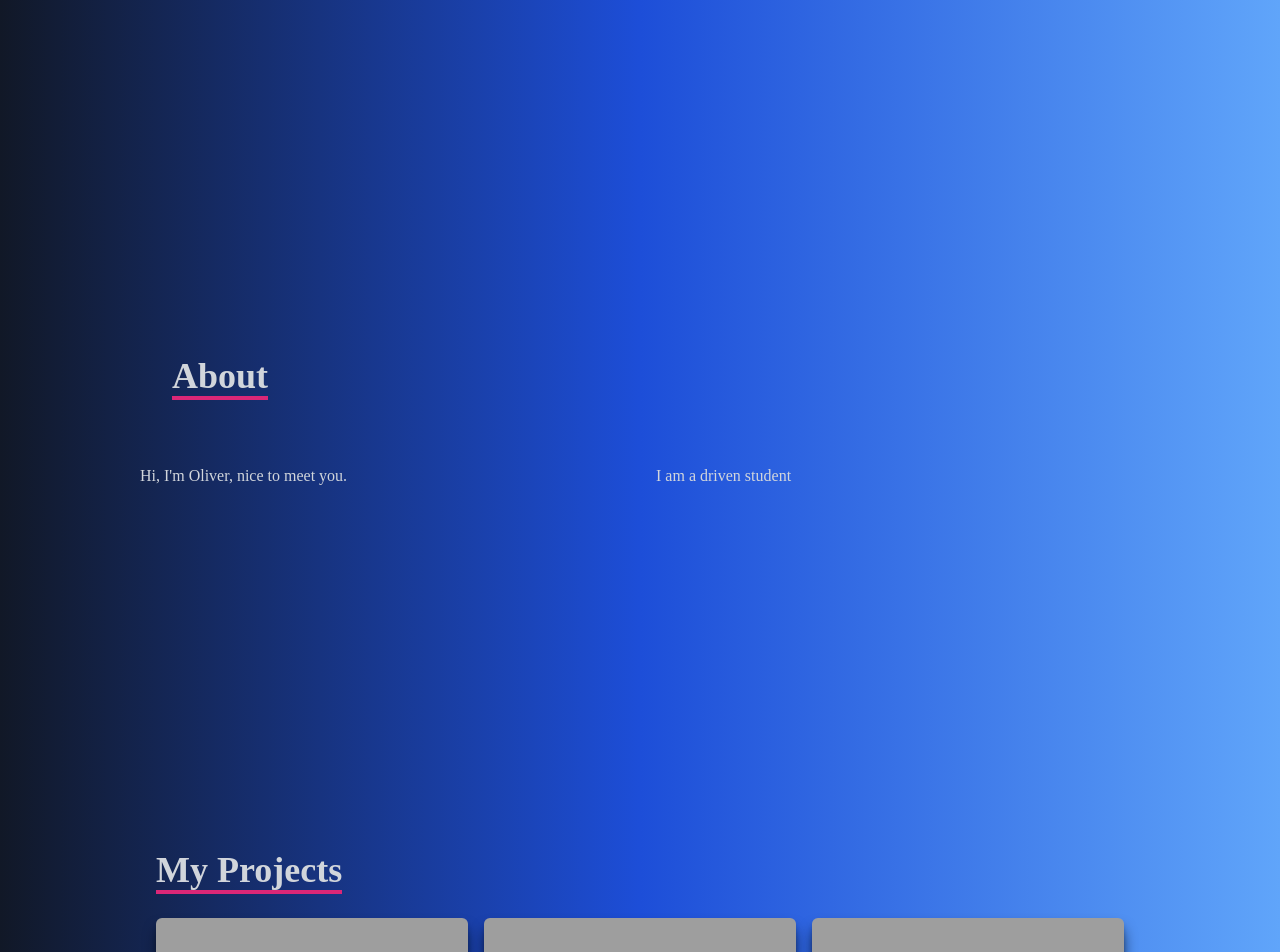
Repository: olichengus/Project-Portfolio
Page: /
An editor plug-in stored every save of this project. The page is shown before and after the next save, followed by the edit.
The browser window is 1280 px wide. The pictures show the part of the page from y = 658 to 1610 px (the page is 2160 px tall).
Pictures or frames that could not be fetched are drawn as grey boxes. The project was rebuilt for these pictures with package versions that can differ from the ones it lists, and the page was loaded fresh each time.

Above is the page before, as saved 2024-02-10 00:31:47.

### src/index.css
@tailwind base;
@tailwind components;
@tailwind utilities;

@import url('https://fonts.googleapis.com/css2?family=Roboto:wght@300;400;500;700&display=swap');

@layer base {
  body {
    @apply font-[Raleway];
  }
  li {
    @apply px-4;
    @apply cursor-pointer;
  }
}


.content-div{
  background-repeat: no-repeat;
  background-size: cover;
  background-position: center;
  height: 250px;
}

.content-div:hover{
  background-image: linear-gradient(
    to right,
    rgba(112,157,255,0.8),
    hsla(242,74%,61%,0.8)
  )!important;
  background-color: rgba(0, 0, 0, 0.5);
  transition: 0.5s;
}

### src/App.js
import Home from './components/Home';
import Navbar from './components/Navbar';
import About from './components/About';
import Work from './components/Work';

function App() {
  return (
    <div>
      <Navbar />
      <Home />
      <About />
      <Work />
    </div>
  );
}

export default App;

### src/components/Home.jsx
import React from 'react'
import {HiArrowNarrowRight} from 'react-icons/hi'

const Home = () => {
  return (
    <div className='w-full h-screen bg-gradient-to-r from-gray-900 via-blue-700 to-blue-400'>
      {/* Container */}
      <div className='max-w-[1000px] mx-auto px-8 flex flex-col justify-center h-full'>
        <p className='text-pink-600 text-2xl'>Hi, my name is</p>
        <h1 className='text-white text-7xl font-bold'>Oliver Cheng</h1>
        <h2 className='text-4xl sm:text-5xl font-bold text-[#8892b0]'> I am a Computer Science student @ UBC</h2>
        <h2 className='text-4xl sm:text-5xl font-bold text-[#8892b0]'> Welcome to my Portfolio!</h2>
        <div className='background-color'>
          <button className = 'text-white border-2 px-6 py-3 my-2 flex items-center hover:bg-pink-600 hover:border-pink-600'>
            My Projects
            <span className='group-hover:rotate-90 duration-300'>
              <HiArrowNarrowRight className='ml-2' />
            </span>
          </button>
        </div>
      </div>

    </div>
  )
}

export default Home

### src/components/navbar.js
import React, {useState} from 'react'
import {
    FaBars,
    FaTimes,
    FaGithub,
    FaLinkedin
  } from 'react-icons/fa';
import { HiOutlineMail } from 'react-icons/hi';
import BsFillPersonFill from 'react-icons/bs';

const Navbar = () => {
    const [nav, setNav] = useState(false)
    const handleClick = () => setNav(!nav)
  return (
    <div className='fixed w-full h-[80px] flex justify-between items-center px-4 bg-[#0a192f] text-gray-300'>
    {/* menu */}
        <div className='hidden md:flex'>
            <ul className='hidden md:flex'>
                <li>Home</li>
                <li>About</li>
                <li>Experience</li>
                <li>Projects</li>
                <li>Contact</li>


            </ul>
        </div>

        <div onClick={handleClick} className='md:hidden z-10'>
            {/* if false set it to bars else set it to x logo*/}
            {!nav ? <FaBars /> : <FaTimes />}
        </div>


        {/* Moble menu */}
        <ul className={!nav ? "hidden": 'absolute top-0 left-0 w-full h-screen bg-[#0a192f] flex flex-col justify center items-center'}>
                <li className='py-6 text-4xl'>Home</li>
                <li className='py-6 text-4xl'>About</li>
                <li className='py-6 text-4xl'>Experience</li>
                <li className='py-6 text-4xl'>Projects</li>
                <li className='py-6 text-4xl'>Contact</li>

        </ul>
        {/* Social Icons */}
        <div className='flex fixed flex-col top-[35%] left-0;'>
        </div>
    </div>


  )
}

export default Navbar

### src/components/About.jsx
import React from 'react';

const About = () => {
    return (
        <div name='about' className='w-full h-screen bg-gradient-to-r from-gray-900 via-blue-700 to-blue-400 text-gray-300'>
            <div className='flex flex-col justify-center items-center w-full h-full'>
                <div className='max-w-[1000px] w-full px-4 justify-center items-center'>
                    <div className='md:text-left sm:text-right pb-8 pl-4'>
                        <p className='text-4xl font-bold inline border-b-4 border-pink-600 hover:text-white'>About</p>
                    </div>

                </div>
                <div className='mt-9 max-w-[1000px] w-full grid grid-cols-2 gap-8'>
                    <div>
                        <p>Hi, I'm Oliver, nice to meet you.</p>
                    </div>
                    <div>
                        I am a driven student
                    </div>
                </div>
            </div>
        </div>
    )
}

export default About;

### src/components/Work.jsx
import React from 'react';
import Background from '../assets/background.jpeg';

const Work = () => {
    return (
        <div className='w-full md:h-screen text-gray-300 bg-gradient-to-r from-gray-900 via-blue-700 to-blue-400'>
            <div className='max-w-[1000px] mx-auto p-4 flex flex-col justify-center w-full h-full'>
                <div>
                    <p className='text-4xl font-bold inline border-b-4 text-gray-300 border-pink-600'>My Projects</p>
                </div>

            {/* Container */}

                <div className='grid sm:grid-cols-2 md:grid-cols-3 gap-4 mt-7'>

            {/* Grid Item */}
                    <div style = {{backgroundImage: `url(${Background})`}}
                    className='shadow-lg shadow-[#040c16] group container rounded-md flex justify-center items-center mx-auto content-div'>

                        {/* Hover Effects */}
                        <div className='opacity-0 group-hover:opacity-100'>
                            <span className='text-2xl font-bold text-white tracking-wider'>
                                UBC Elective Finder
                            </span>
                            <div className='pt-8 text-center'>
                                {/* <a href ="/">
                                    <button className='text-center rounded-lg px-4 py-3 m-2 bg-white text-gray-700 font-bold text-lg'>Demo</button>
                                </a> */}
                                <a href = "https://github.com/olichengus/UBC-Elective-Finder">
                                    <button className='text-center rounded-lg px-5 py-3 m-2 bg-white text-gray-700 font-bold text-lg'>View</button>
                                </a>
                            </div>
                        </div>
                    </div>

                    <div style = {{backgroundImage: `url(${Background})`}}
                    className='shadow-lg shadow-[#040c16] group container rounded-md flex justify-center items-center mx-auto content-div'>

                        {/* Hover Effects */}
                        <div className='opacity-0 group-hover:opacity-100'>
                            <span className='text-2xl font-bold text-white tracking-wider'>
                                Telomeres Website
                            </span>
                            <div className='pt-8 text-center'>
                                {/* <a href ="/">
                                    <button className='text-center rounded-lg px-4 py-3 m-2 bg-white text-gray-700 font-bold text-lg'>Demo</button>
                                </a> */}
                                <a href = "https://github.com/olichengus/TelomeresWebsite">
                                    <button className='text-center rounded-lg px-5 py-3 m-2 bg-white text-gray-700 font-bold text-lg'>View</button>
                                </a>
                            </div>
                        </div>
                    </div>

                    <div style = {{backgroundImage: `url(${Background})`}}
                    className='shadow-lg shadow-[#040c16] group container rounded-md flex justify-center items-center mx-auto content-div'>

                        {/* Hover Effects */}
                        <div className='opacity-0 group-hover:opacity-100'>
                            <span className='text-2xl font-bold text-white tracking-wider'>
                                Wishlist Application
                            </span>
                            <div className='pt-8 text-center'>
                                {/* <a href ="https://github.com/olichengus/WishList">
                                    <button className='text-center rounded-lg px-4 py-3 m-2 bg-white text-gray-700 font-bold text-lg'>Demo</button>
                                </a> */}
                                <a href = "https://github.com/olichengus/WishList">
                                    <button className='text-center rounded-lg px-5 py-3 m-2 bg-white text-gray-700 font-bold text-lg'>View</button>
                                </a>
                            </div>
                        </div>
                    </div>

                    <div style = {{backgroundImage: `url(${Background})`}}
                    className='shadow-lg shadow-[#040c16] group container rounded-md flex justify-center items-center mx-auto content-div'>

                        {/* Hover Effects */}
                        <div className='opacity-0 group-hover:opacity-100'>
                            <span className='text-2xl font-bold text-white tracking-wider'>
                                PythonRoads
                            </span>
                            <div className='pt-8 text-center'>
                                {/* <a href ="/">
                                    <button className='text-center rounded-lg px-4 py-3 m-2 bg-white text-gray-700 font-bold text-lg'>Demo</button>
                                </a> */}
                                <a href = "https://github.com/olichengus/PythonRoads">
                                    <button className='text-center rounded-lg px-5 py-3 m-2 bg-white text-gray-700 font-bold text-lg'>View</button>
                                </a>
                            </div>
                        </div>
                    </div>

                </div>



            </div>
        </div>
    );
};

export default Work;

### tailwind.config.js
/** @type {import('tailwindcss').Config} */
module.exports = {
  content: ["./src/**/*.{html,jsx}"],
  theme: {
    extend: {},
  },
  plugins: [],
}

Loaded but not shown: public/index.html (common file); src/index.js (common file)

After the next save:
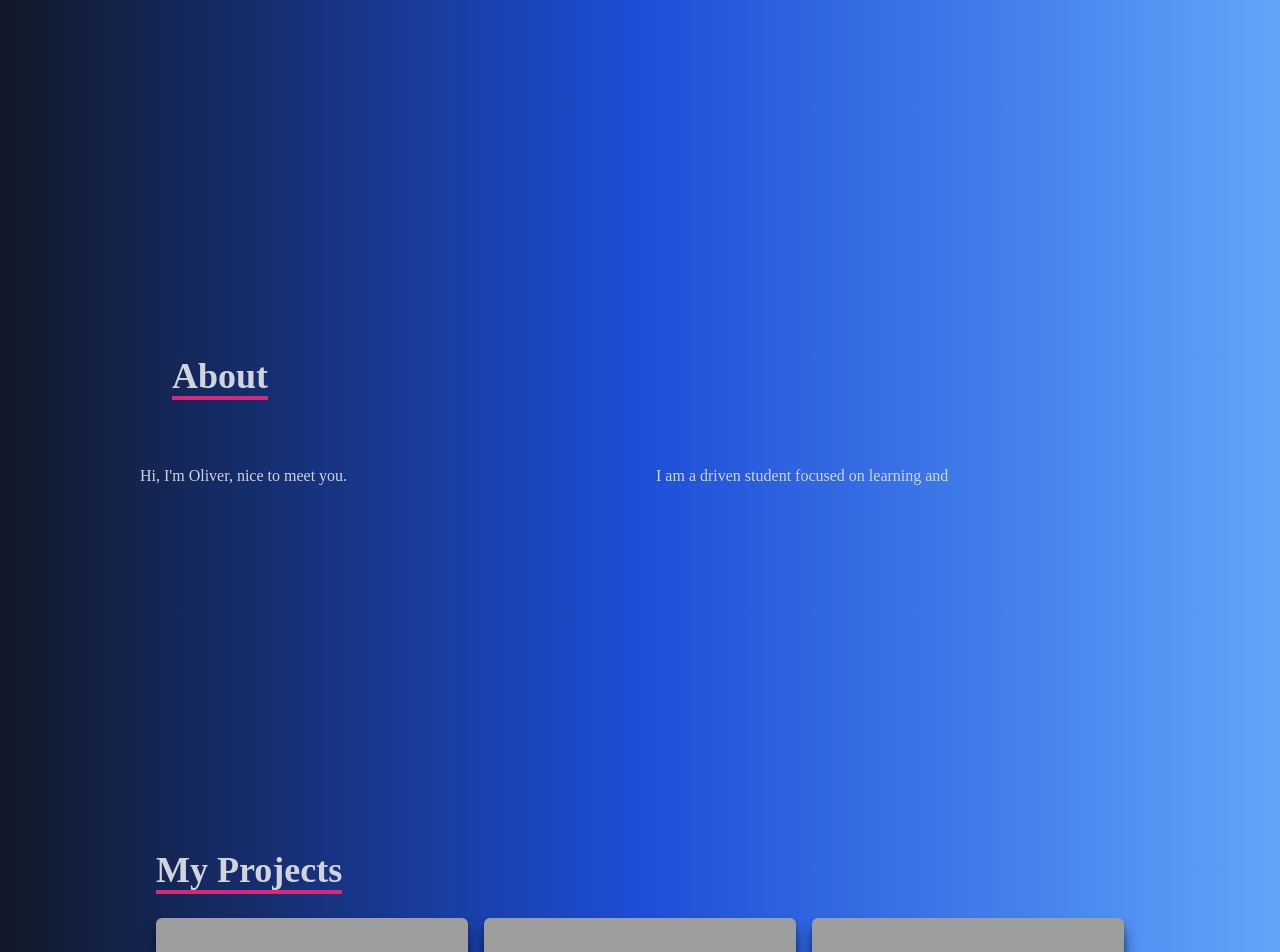
Saved 8 s later.
--- a/src/components/About.jsx
+++ b/src/components/About.jsx
@@ -15,7 +15,7 @@ const About = () => {
                         <p>Hi, I'm Oliver, nice to meet you.</p>
                     </div>
                     <div>
-                        I am a driven student
+                        I am a driven student focused on learning and
                     </div>
                 </div>
             </div>
